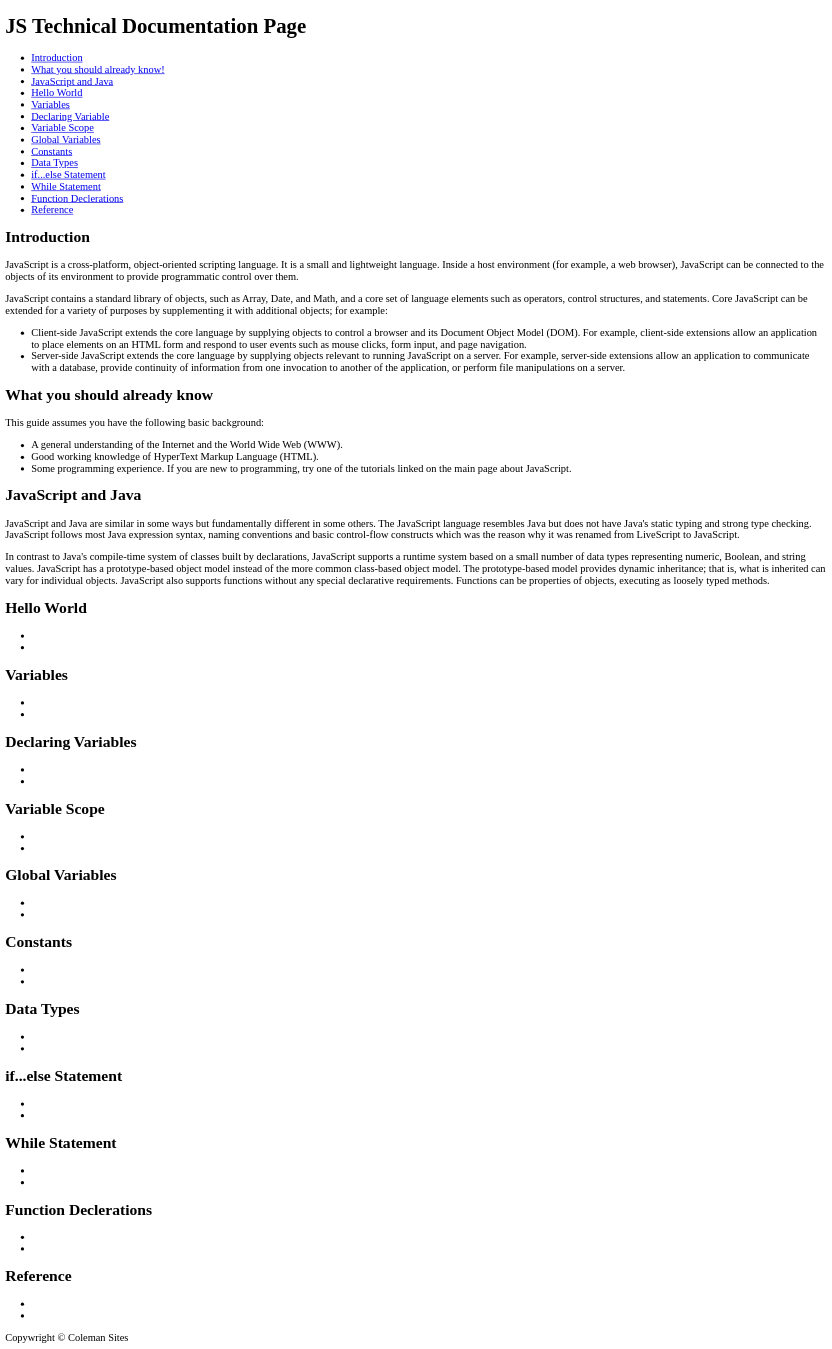
Repository: ctcoleman/technicalDocumentationPage
Page: index.html
These files come from the project's save history. The page is drawn as it stood at one moment and after the next save; the edit follows.
The browser window is 1280 px wide. The pictures show the whole page, at 65% of full size.

Above is the page before, as saved 2020-07-09 21:59:09.

After the next save:
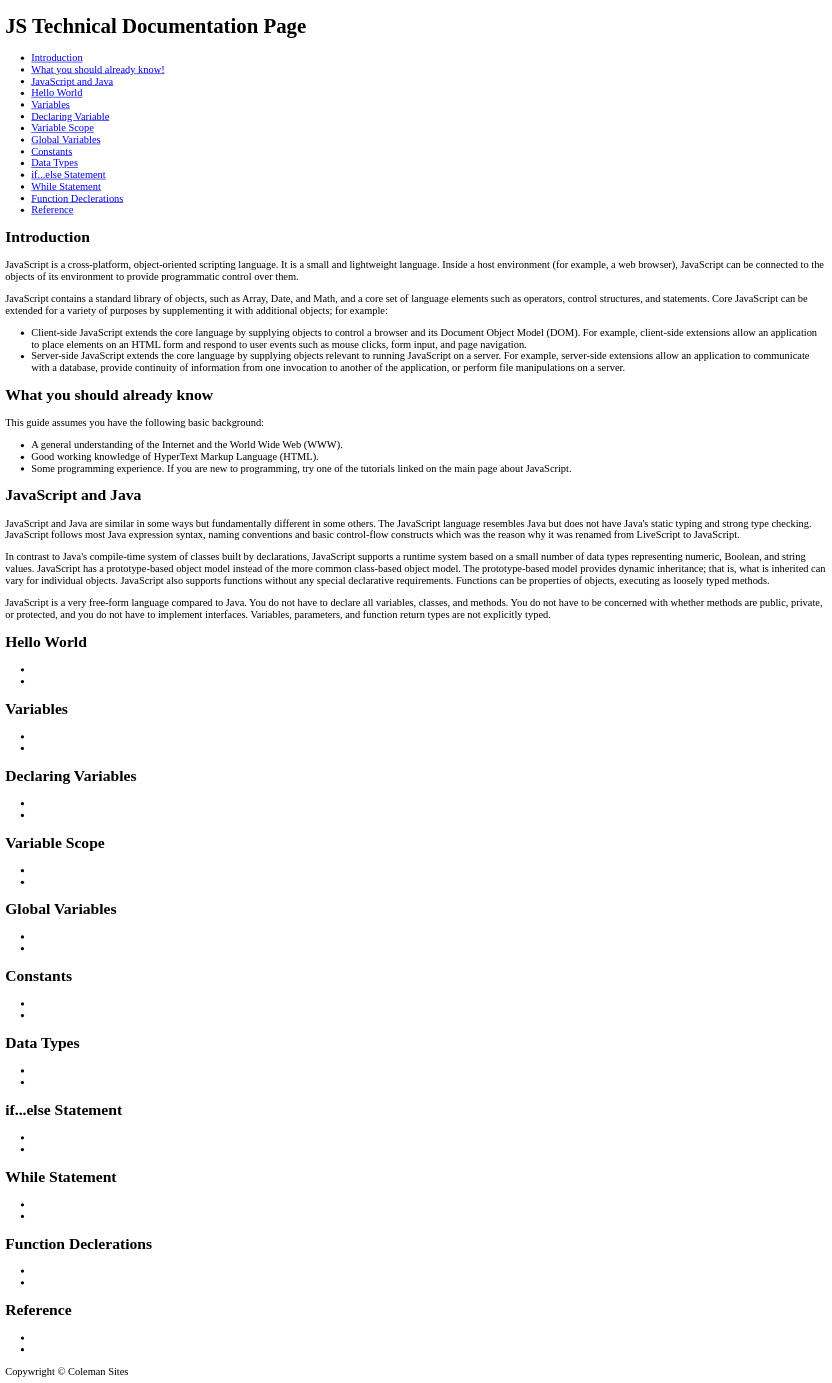
Saved 10 s later.
--- a/index.html
+++ b/index.html
@@ -133,7 +133,9 @@
           special declarative requirements. Functions can be properties of objects, executing as loosely typed methods.
         </p>
         <p>
-
+          JavaScript is a very free-form language compared to Java. You do not have to declare all variables, classes, and
+          methods. You do not have to be concerned with whether methods are public, private, or protected, and you do not have to
+          implement interfaces. Variables, parameters, and function return types are not explicitly typed.
         </p>
       </article>
     </section>
